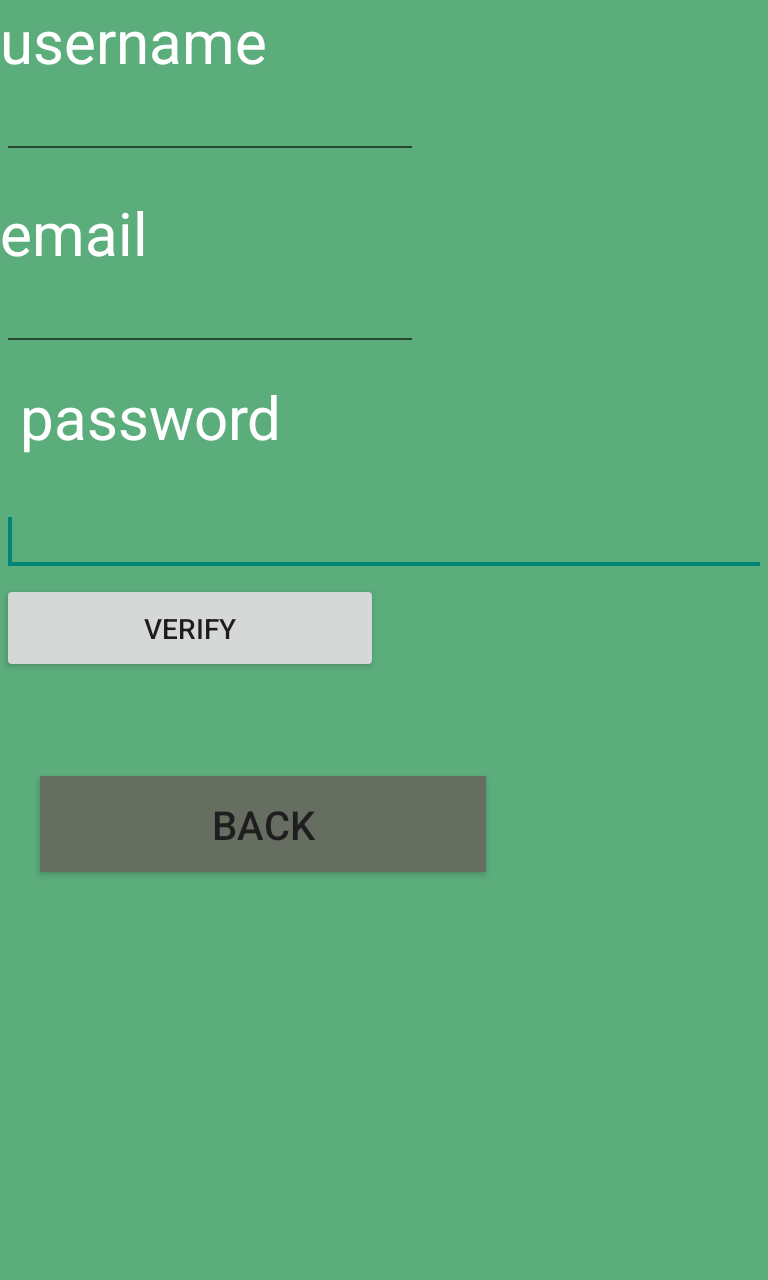
Repository: janemuthoni/icon
Layout: Exam/res/layout/login.xml
These files come from the project's save history. The layout is drawn as it stood at one moment and after the next save; the edit follows.
It is drawn on a 768 x 1280 px phone screen (xhdpi) without system bars, with theme AppTheme; the app's code is not run.

Above is the layout before, as saved 2014-08-07 09:21:20.

### Exam/res/layout/login.xml
<?xml version="1.0" encoding="utf-8"?>
<LinearLayout xmlns:android="http://schemas.android.com/apk/res/android"
    android:layout_width="match_parent"
    android:layout_height="match_parent"
    android:orientation="vertical"
    android:background="@color/cyan">
     <TextView
           android:id="@+id/tvusername"
           android:layout_width="wrap_content"
           android:layout_height="wrap_content"
           android:text="@string/Username"
           android:textSize="30sp"
           android:textColor="@color/white" />

       <EditText
           android:id="@+id/etusername"
           android:layout_width="wrap_content"
           android:layout_height="wrap_content"
           android:ems="10"
           android:inputType="textPersonName" />

       <TextView
           android:id="@+id/tvemail"
           android:text="@string/email"
           android:textColor="@color/white"
           android:layout_width="wrap_content"
           android:layout_height="wrap_content"
           android:layout_marginTop="14dp"
           android:textSize="30sp" />

       <EditText
           android:id="@+id/etemail"
           android:layout_width="wrap_content"
           android:layout_height="wrap_content"
           android:ems="10"
           android:inputType="textEmailAddress" />

   <TextView
     android:id="@+id/tvpassword"
     android:layout_width="wrap_content"
     android:layout_height="wrap_content"
     android:text="@string/password"
     android:textSize="30sp"
     android:textColor="@color/white"
     android:layout_margin="10dp"/>

   <EditText
       android:id="@+id/editText2"
       android:layout_width="match_parent"
       android:layout_height="wrap_content"
       android:layout_marginTop="10dp"
       android:ems="10"
       android:inputType="textPassword" >

       <requestFocus />
   </EditText>

   <Button
       android:id="@+id/btnVerify"
       android:layout_width="190dp"
       android:layout_height="wrap_content"
       android:text="@string/buttonverify" />

      <Button
          android:id="@+id/buttonback"
          android:layout_width="223dp"
          android:layout_height="wrap_content"
          android:layout_marginLeft="20dp"
          android:layout_marginTop="50dp"
          android:background="@color/darkgrey"
          android:text="@string/buttonback"
          android:textColor="@color/black"
          android:textSize="20sp" />

</LinearLayout>

### Exam/res/values/color.xml
<?xml version="1.0" encoding="utf-8"?>
<resources>
     <color name="grey">#A49F99</color>
      <color name="blue">#170674</color>
      <color name="green">#C81B1B</color>
      <color name="lightgreen">#7FDC33</color>
      <color name="darkgrey">#666D61</color>
      <color name="white">#FFFFFF</color>
      <color name="black">#1F1D1D</color>
      <color name="pink">#E1FBA2F7</color>
      <color name="lightgrey">#EBE0E3</color>
      <color name="cyan">#5CAD7C</color>
      <color name="greengrass">#08893C</color>
      <color name="yellow">#FDFF4F</color>
      <color name="violet">#7D0E2F</color>


</resources>

### Exam/res/values/strings.xml
<?xml version="1.0" encoding="utf-8"?>
<resources>

    <string name="app_name">Exam</string>
    <string name="hello_world">Hello world!</string>
    <string name="action_settings">Settings</string>
    <string name="firstname">firstname</string>
    <string name="email">email</string>
    <string name="password">password</string>
    <string name="Username">username</string>
    <string name="buttonregister">Register</string>
    <string name="buttonLogin">Login</string>
    <string name="buttonback">back</string>
    <string name="buttonverify">Verify</string>
    <string name="btndisplay">display</string>
    <string name="title_activity_register">RegisterActivity</string>
    <string name="title_activity_main">MainActivity</string>
    <string name="title_activity_welcome">WelcomeActivity</string>

</resources>

Loaded but not shown: Exam/res/values/styles.xml (common file); Exam/res/values-v11/styles.xml (common file); Exam/res/values-v14/styles.xml (common file)

After the next save:
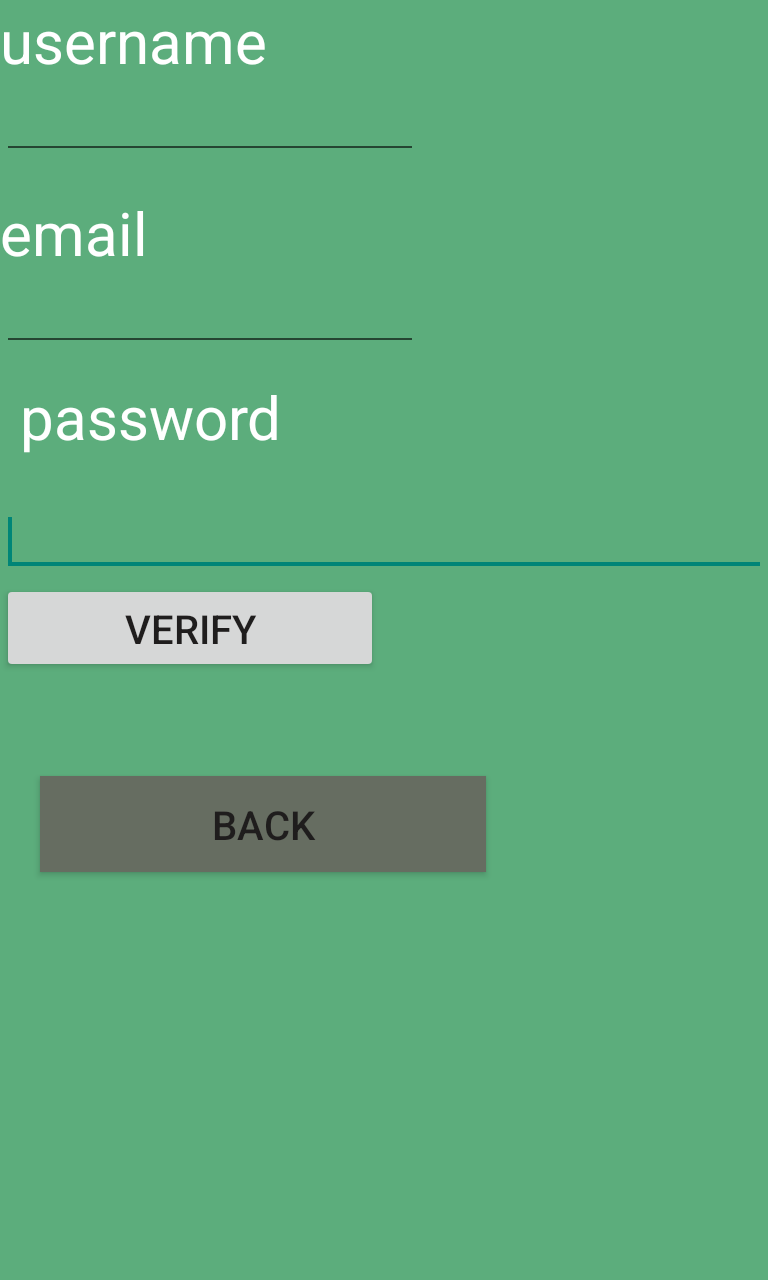
Saved 17 s later.
--- a/Exam/res/layout/login.xml
+++ b/Exam/res/layout/login.xml
@@ -59,7 +59,9 @@
        android:id="@+id/btnVerify"
        android:layout_width="190dp"
        android:layout_height="wrap_content"
-       android:text="@string/buttonverify" />
+       android:text="@string/buttonverify"
+       android:textColor="@color/black"
+          android:textSize="20sp" />
 
       <Button
           android:id="@+id/buttonback"
